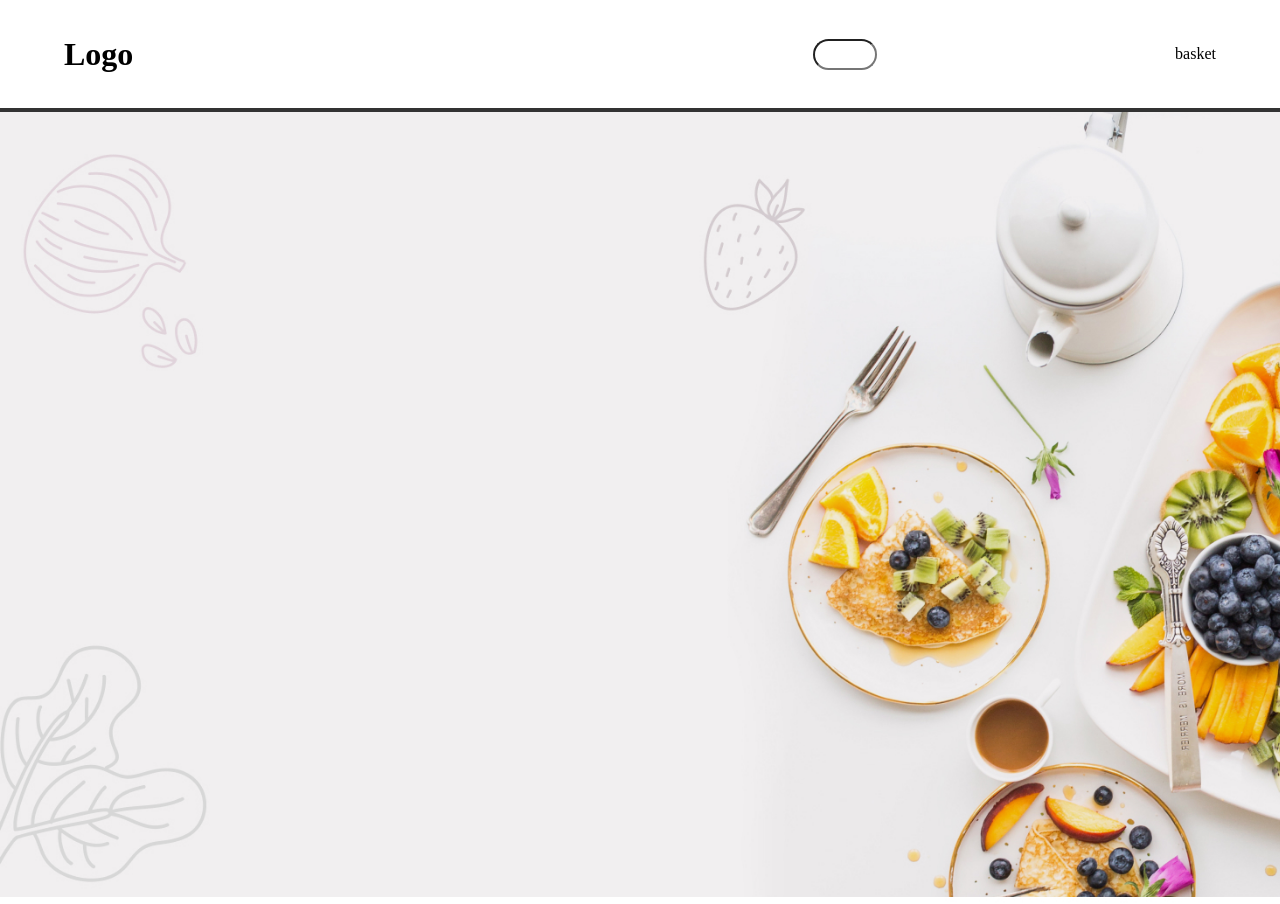
Repository: Islam432/Islam-and-Arsi---team
Page: /
An editor plug-in stored every save of this project. The page is shown before and after the next save, followed by the edit.
The browser window is 1280 px wide. The pictures show the whole page.
The project was rebuilt for these pictures with package versions that can differ from the ones it lists, and the page was loaded fresh each time. Also part of the build but not shown: vite.config.js, src/App.css, src/components/Comp/Comp.jsx.

Above is the page before, as saved 2023-03-11 23:45:04.

After the next save:
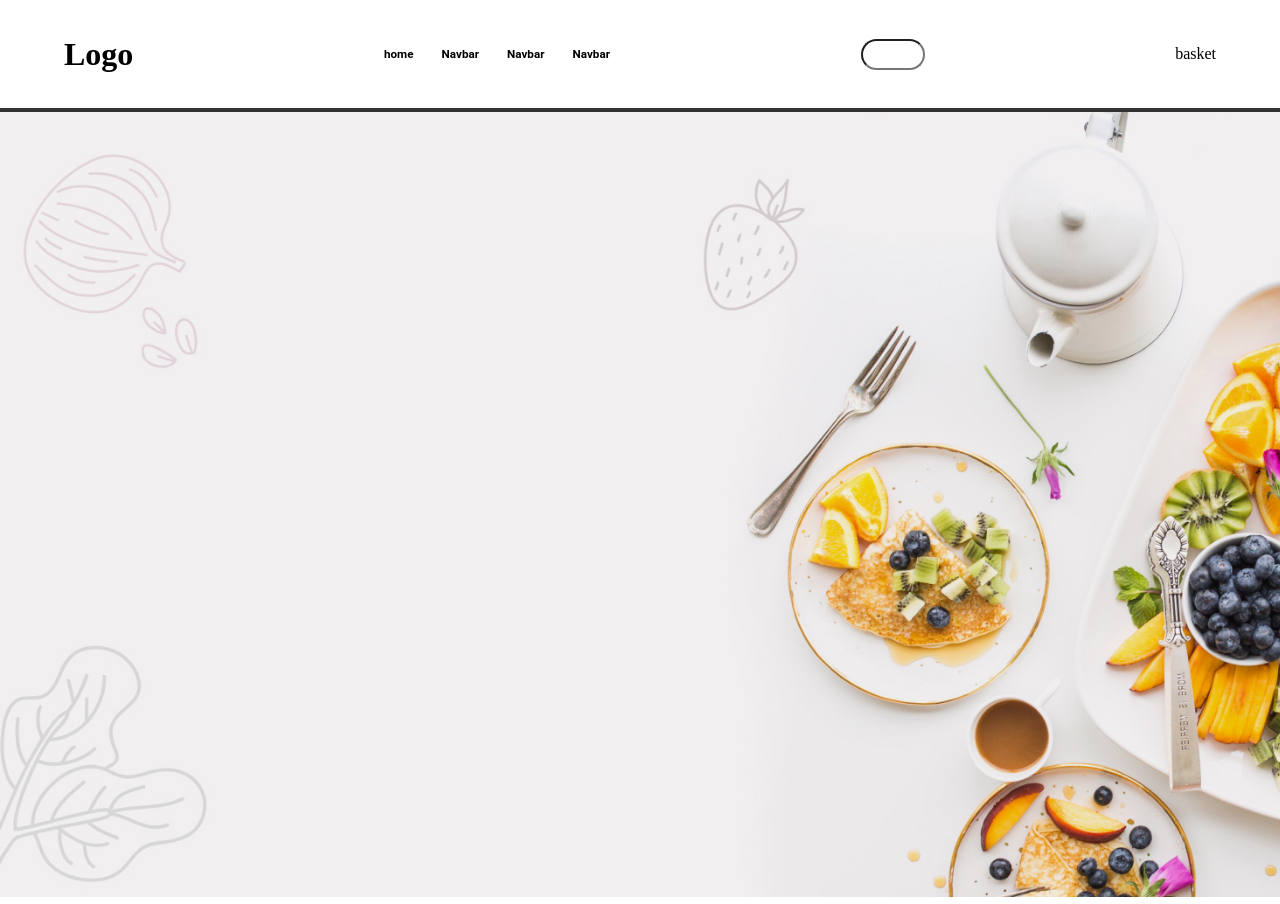
Saved 4 s later.
--- a/src/components/Navbar/Navbar.module.css
+++ b/src/components/Navbar/Navbar.module.css
@@ -24,7 +24,7 @@ border-bottom: 4px solid #333;
 
   font-family: Roboto;
   font-style: Bold;
-  font-size: 0px;
+  font-size: 10px;
 
 }
 .NavLink{
